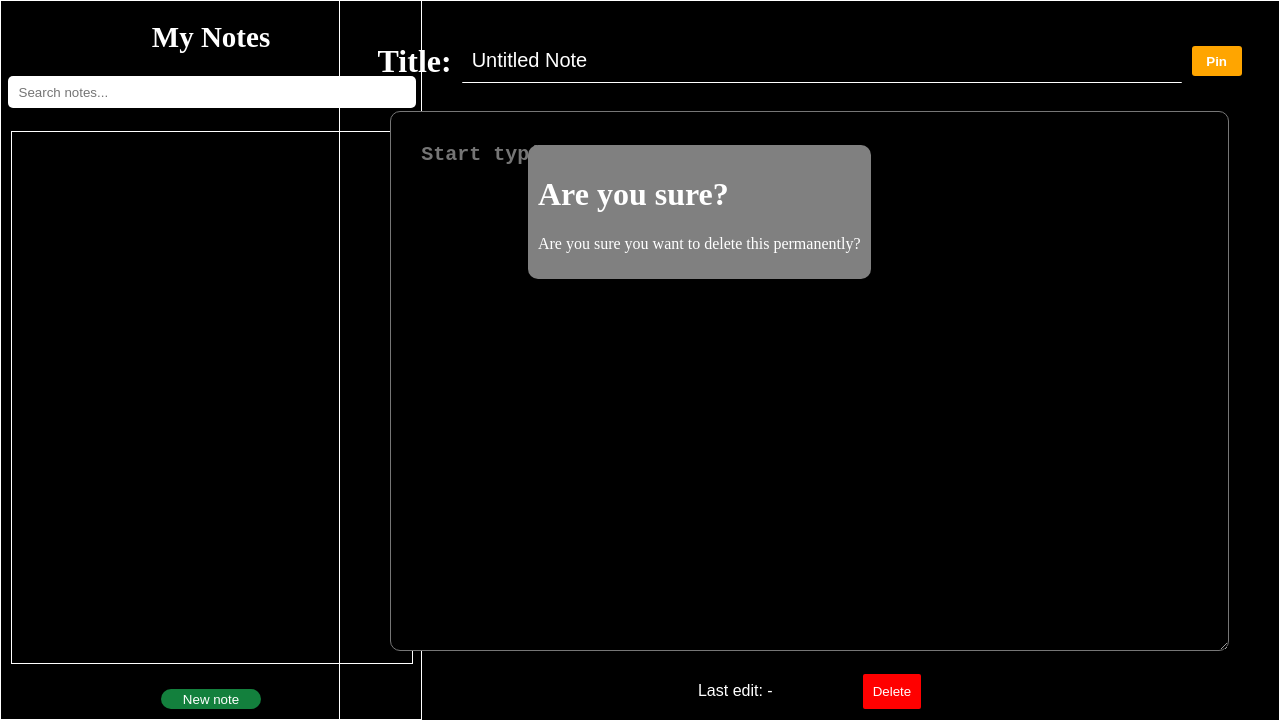
Repository: dmpelaez/myNotes
Page: QuickNotes.html
These files come from the project's save history. The page is drawn as it stood at one moment and after the next save; the edit follows.
The browser window is 1280 px wide. The pictures show the whole page.

Above is the page before, as saved 2025-12-18 21:55:05.

After the next save:
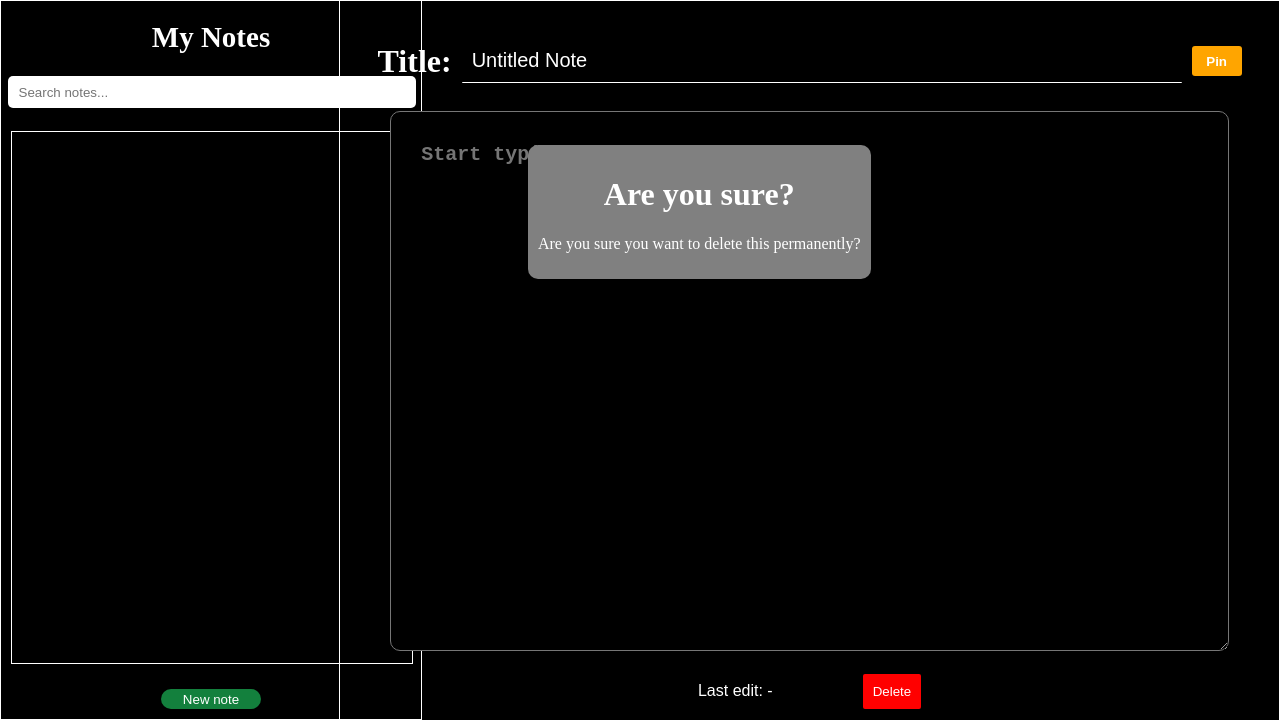
Saved 7 s later.
--- a/QuickNotes.css
+++ b/QuickNotes.css
@@ -176,5 +176,5 @@ body {
 }
 h1 {
   display: flex;
-  justify-items: center;
+  justify-self: center;
 }
